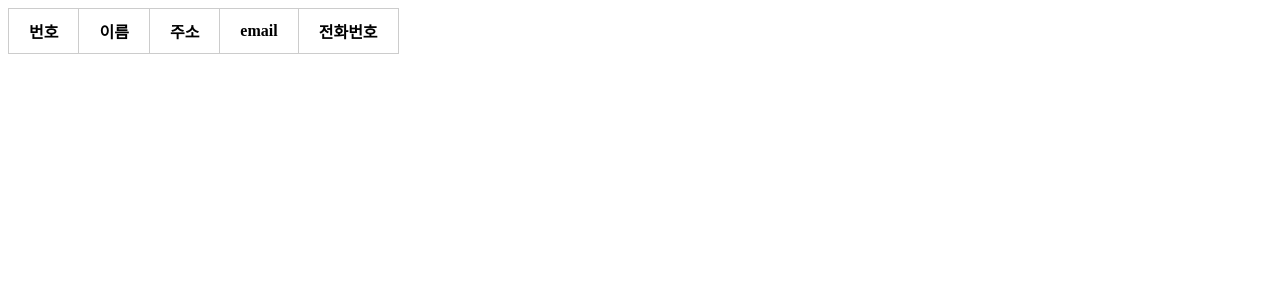
Repository: kdh2212/KDT_code
Page: http://localhost/20250805Web/showMem.jsp
These files come from the project's save history. The page is drawn as it stood at one moment and after the next save; the edit follows.
The browser window is 1280 px wide. The pictures show the whole page.
The page is served by Tomcat 9. Other server files are loaded and not shown. Queries for data that is not in the repository find no rows.

Above is the page before, as saved 2025-08-05 06:42:24.

### 20250805Web/src/main/webapp/showMem.jsp
<%@ page language="java" contentType="text/html; charset=UTF-8"
    pageEncoding="UTF-8"%>
<%@ page import="java.sql.*, javax.sql.*" %>
<!DOCTYPE html>
<html>
<head>
<meta charset="UTF-8">
<title>Insert title here</title>
<style type = "text/css">
table, th, td{
	border:1px solid #ccc;
	border-collapse:collapse;
}
th, td {padding: 10px 20px;}
ul {
	    list-style-type: none;
	    margin: 0;
	    padding: 0;
	    overflow: hidden;
	    background-color: rgb(53,94,169);
	    /* background-color:  #999 ; */
	}
	li {
	    float: left;
	}
	li a, .dropbtn {
	    display: inline-block;
	    color: white;
	    text-align: center;
	    padding: 14px 16px;
	    text-decoration: none;
	}
	li a:hover, .dropdown:hover .dropbtn {
	    /* background-color: red; */
	    background-color: #6799FF;
	}
	li.dropdown {
	    display: inline-block;
	}
	li a.active, a.active:hover{
	    /* background-color: #4CAF50; */
	    background-color: #6799FF;
	}
	.dropdown-content {
	    display: none;
	    position: absolute;
	    background-color: #f9f9f9;
	    min-width: 160px;
	    box-shadow: 0px 8px 16px 0px rgba(0,0,0,0.2);
	    z-index: 1;
	}
	.dropdown-content a {
	    color: black;
	    padding: 12px 16px;
	    text-decoration: none;
	    display: block;
	    text-align: left;
	}
	.dropdown-content a:hover {background-color: #f1f1f1}
	.dropdown:hover .dropdown-content {
	    display: block;
	}
</style>

</head>
<body>

<%
Connection conn = null;
Statement stmt = null;
ResultSet rs = null;
try {
    Class.forName("com.mysql.cj.jdbc.Driver");
    conn = DriverManager.getConnection("jdbc:mysql://localhost:3305/du08", "root", "1234");
    stmt = conn.createStatement();
    rs = stmt.executeQuery("SELECT * FROM member");
%>
<table>
<tr>
<th>번호</th><th>이름</th><th>주소</th><th>email</th><th>전화번호</th>
</tr>
<%

    while (rs.next()) {
%>
<tr>
		<td> <%=rs.getString("mid") %> </td>
		<td> <%=rs.getString("kname") %> </td>
		<td> <%=rs.getString("addr") %> </td>
		<td> <%=rs.getString("email") %> </td>
		<td> <%=rs.getString("phone") %> </td>
</tr>
<%
    }
} catch (SQLException e) {
    out.println("데이터베이스 오류: " + e.getMessage());
} catch (ClassNotFoundException e) {
    out.println("드라이버를 찾을 수 없습니다: " + e.getMessage());
} finally {
    try {
        if (rs != null) rs.close();
        if (stmt != null) stmt.close();
        if (conn != null) conn.close();
    } catch (SQLException e) {
        out.println("리소스를 닫는 도중 오류 발생: " + e.getMessage());
    }
}
%>
</table>
</body>
</html>

After the next save:
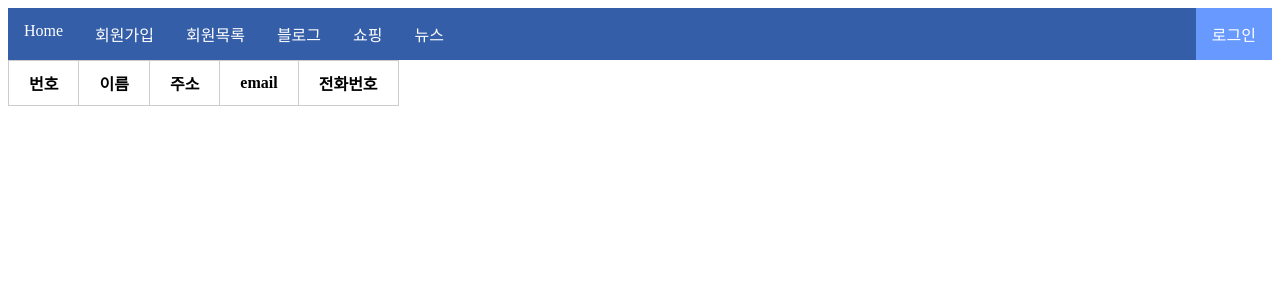
Saved 24 s later.
--- a/20250805Web/src/main/webapp/showMem.jsp
+++ b/20250805Web/src/main/webapp/showMem.jsp
@@ -64,7 +64,29 @@ ul {
 
 </head>
 <body>
-
+<ul>
+		  <li><a href="#home">Home</a></li>
+		  <li><a href="regMemberForm.jsp">회원가입</a></li>
+		  <li><a href="showMem.jsp">회원목록</a></li>
+		  <li><a href="#blog">블로그</a></li>
+		  <li class="dropdown">
+			    <a href="#shopping" class="dropbtn">쇼핑</a>
+			    <div class="dropdown-content">
+				      <a href="#">가전제품</a>
+				      <a href="#">의류/악세사리</a>
+				      <a href="#">가방/신발</a>
+			    </div>
+		  </li>
+		  <li class="dropdown">
+			    <a href="#new" class="dropbtn">뉴스</a>
+			    <div class="dropdown-content">
+			      <a href="#">정치</a>
+				      <a href="#">경제</a>
+				      <a href="#">생활/문화</a>
+			    </div>
+		  </li>
+		  <li style="float:right"><a class="active" href="#login">로그인</a></li>
+	</ul>
 <%
 Connection conn = null;
 Statement stmt = null;
